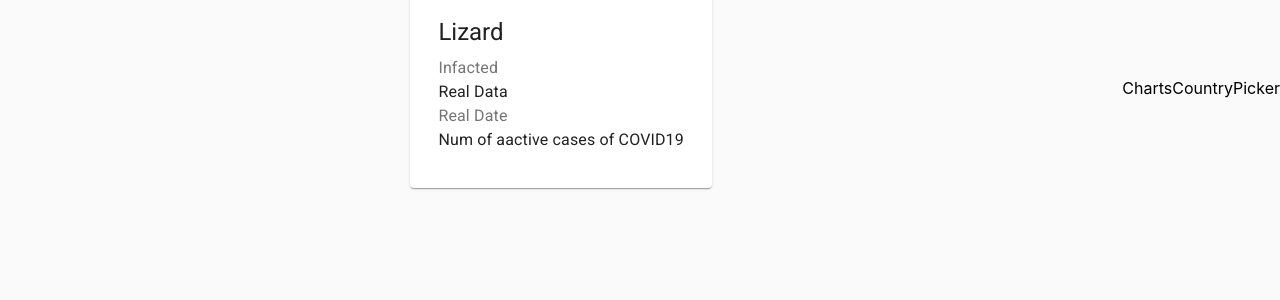
Repository: ranausama48/covid-tracker
Page: /
These files come from the project's save history. The page is drawn as it stood at one moment and after the next save; the edit follows.
The browser window is 1280 px wide. The pictures show the whole page.
The page's requests for data from a server got no answer. The project was rebuilt for these pictures with package versions that can differ from the ones it lists, and the page was loaded fresh each time. No one was signed in, and anything a server would have sent is missing.

Above is the page before, as saved 2020-07-05 17:55:40.

After the next save:
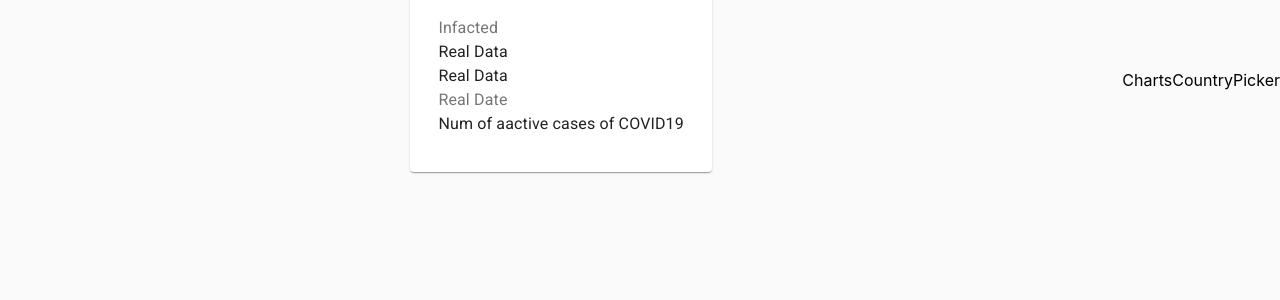
Saved 88 s later.
--- a/src/components/Cards/Cards.jsx
+++ b/src/components/Cards/Cards.jsx
@@ -25,12 +25,10 @@ const Cards = (props) => {
     <Grid container spacing={3} justify="center">
       <Grid item component={Card}>
         <CardContent>
-          <Typography gutterBottom variant="h5" component="h2">
-            Lizard
-          </Typography>
           <Typography guuterBottom color="textSecondary">
             Infacted
           </Typography>
+          <Typography varaint="h5">Real Data</Typography>
           <Typography varaint="h5">Real Data</Typography>
           <Typography color="textSecondary">Real Date</Typography>
           <Typography varaint="body2">
